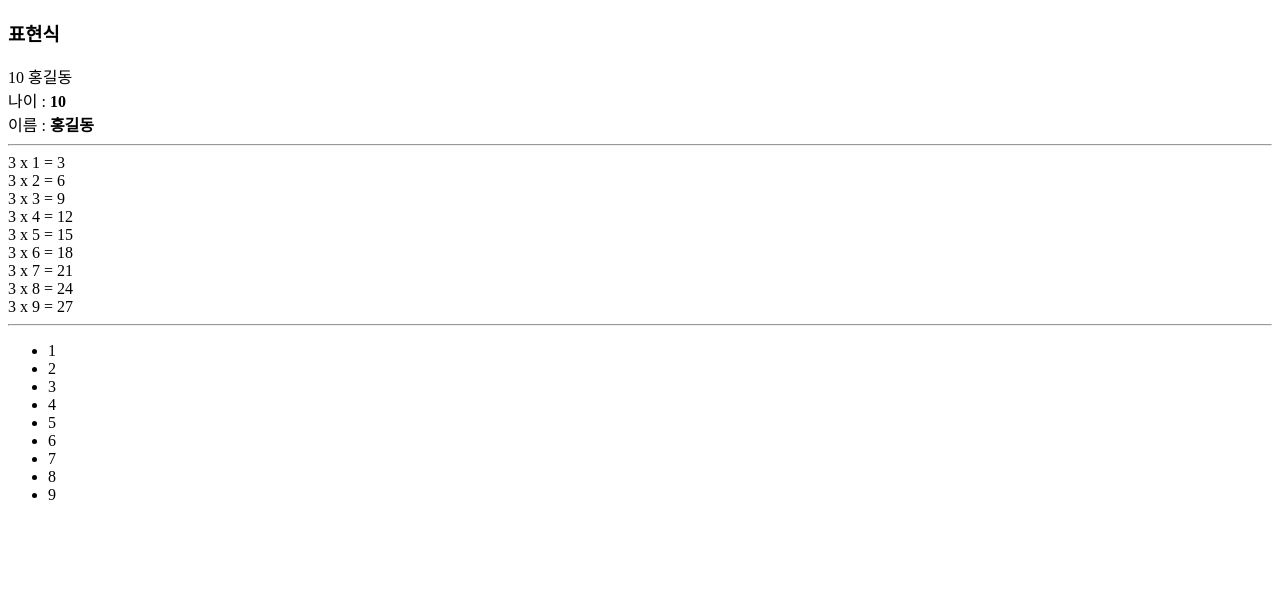
Repository: sun2898/JSP
Page: http://localhost/JSPBasic/jsptag/scriptlet02.jsp
The author's editor kept a copy of each file at every save. The page is drawn from the files as they stood at one save, then again after the next save.
The browser window is 1280 px wide. The pictures show the whole page.
The page is served by Tomcat 9. Nobody is signed in. The application's start-up code is not run. Other server files are loaded and not shown.

Above is the page before, as saved 2023-06-01 06:47:13.

### JSPBasic/src/main/webapp/jsptag/scriptlet02.jsp
<%@ page language="java" contentType="text/html; charset=UTF-8"
    pageEncoding="UTF-8"%>
<!DOCTYPE html>
<html>
<head>
<meta charset="UTF-8">
<title>Insert title here</title>
</head>
<body>

	<h3>표현식</h3>

	<%
	int a = 10;
	String str = "홍길동";
	%>

	<%
		out.println(a);
		out.println(str);
	%>

	<br>

	나이 : <b><%= a %></b><br/>
	이름 : <b><%= str %></b>

	<hr/>

	<% for(int i = 1; i <= 9; i++) { %>
	3 x <%=i %> = <%=3 * i %> <br/>
	<%} %>

	<hr/>

	<ul>
	<% for(int i = 1; i <= 9; i++) {%>
		<li><%=i %></li>
	<%} %>
	</ul>



</body>
</html>

After the next save:
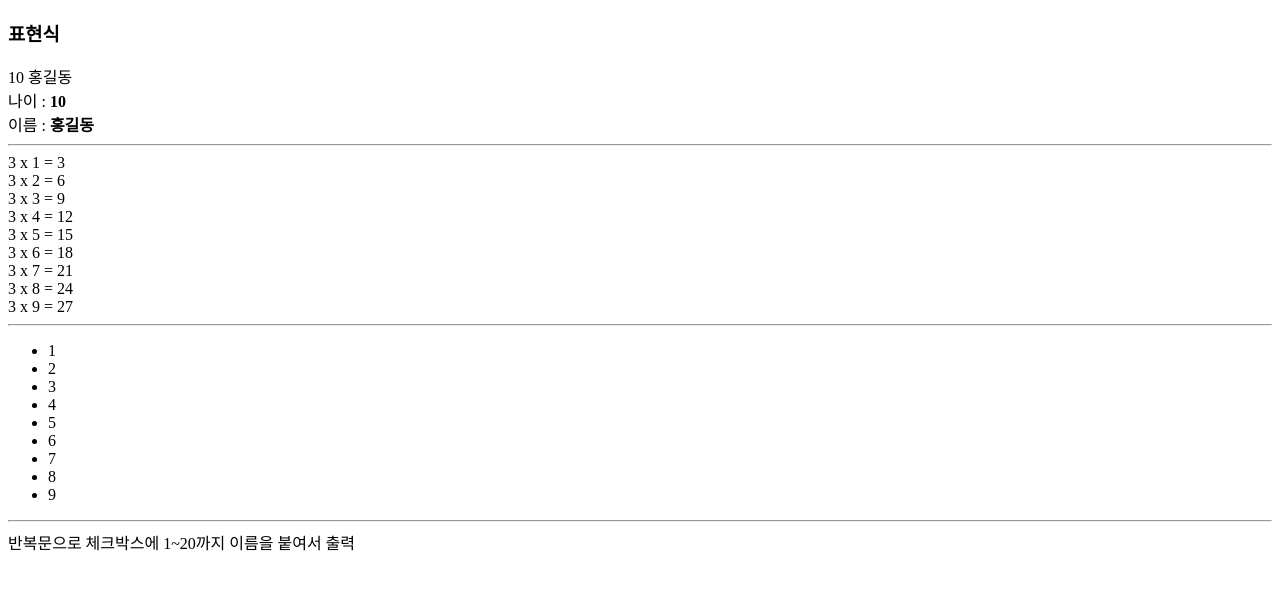
Saved 81 s later.
--- a/JSPBasic/src/main/webapp/jsptag/scriptlet02.jsp
+++ b/JSPBasic/src/main/webapp/jsptag/scriptlet02.jsp
@@ -39,6 +39,22 @@
 	<%} %>
 	</ul>
 
+	<hr/>
+	<hr3>반복문으로 체크박스에 1~20까지 이름을 붙여서 출력</hr3>
+
+
+
+
+
+
+
+
+
+
+
+
+
+
 
 
 </body>
